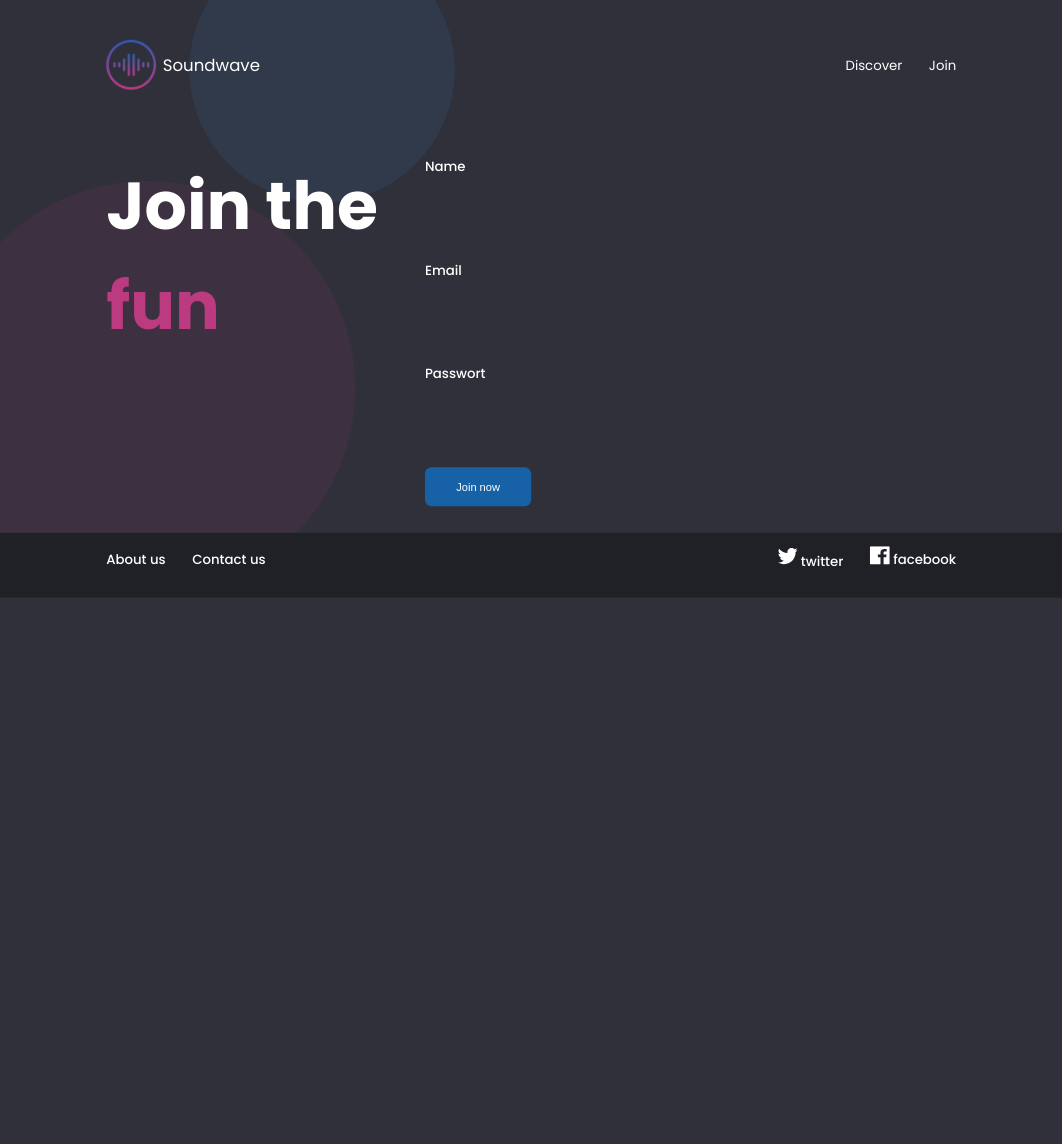
Repository: Hiiiij/soundwave
Page: pages/join.html
These files come from the project's save history. The page is drawn as it stood at one moment and after a run of saves; the edit follows.
The browser window is 1280 px wide. The pictures show the whole page, at 83% of full size.

Above is the page before, as saved 2020-07-06 10:52:13.

After the next 2 saves:
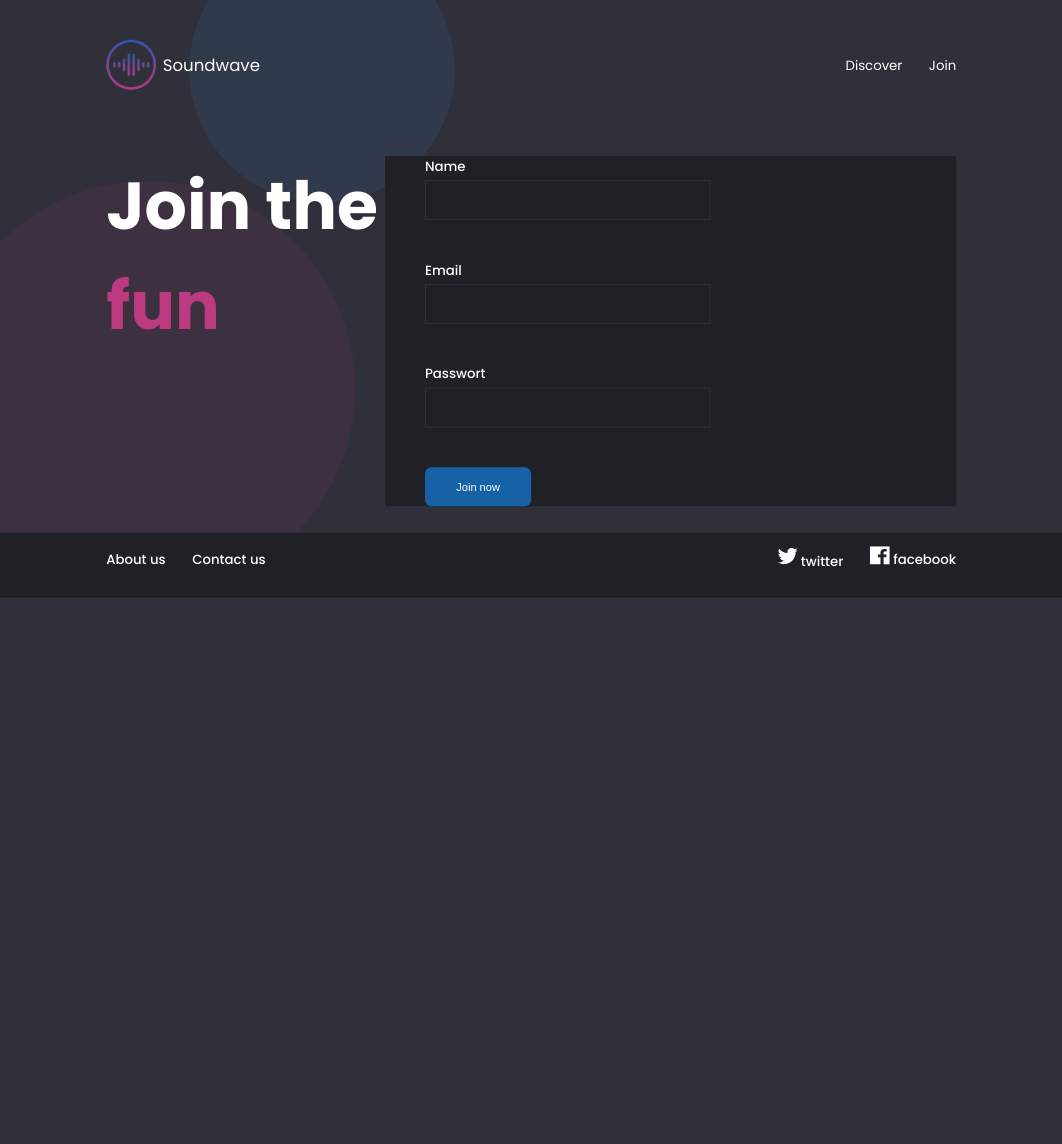
The 2 saves are shown as one change because they came seconds apart.
The last was saved 5 s later.
--- a/style.css
+++ b/style.css
@@ -384,6 +384,7 @@ span.blue.joy-2 {
   display:flex;
   flex-grow: 1;
    align-items: center;
+   background-color: var(--footer-bg);
 
 }
 
